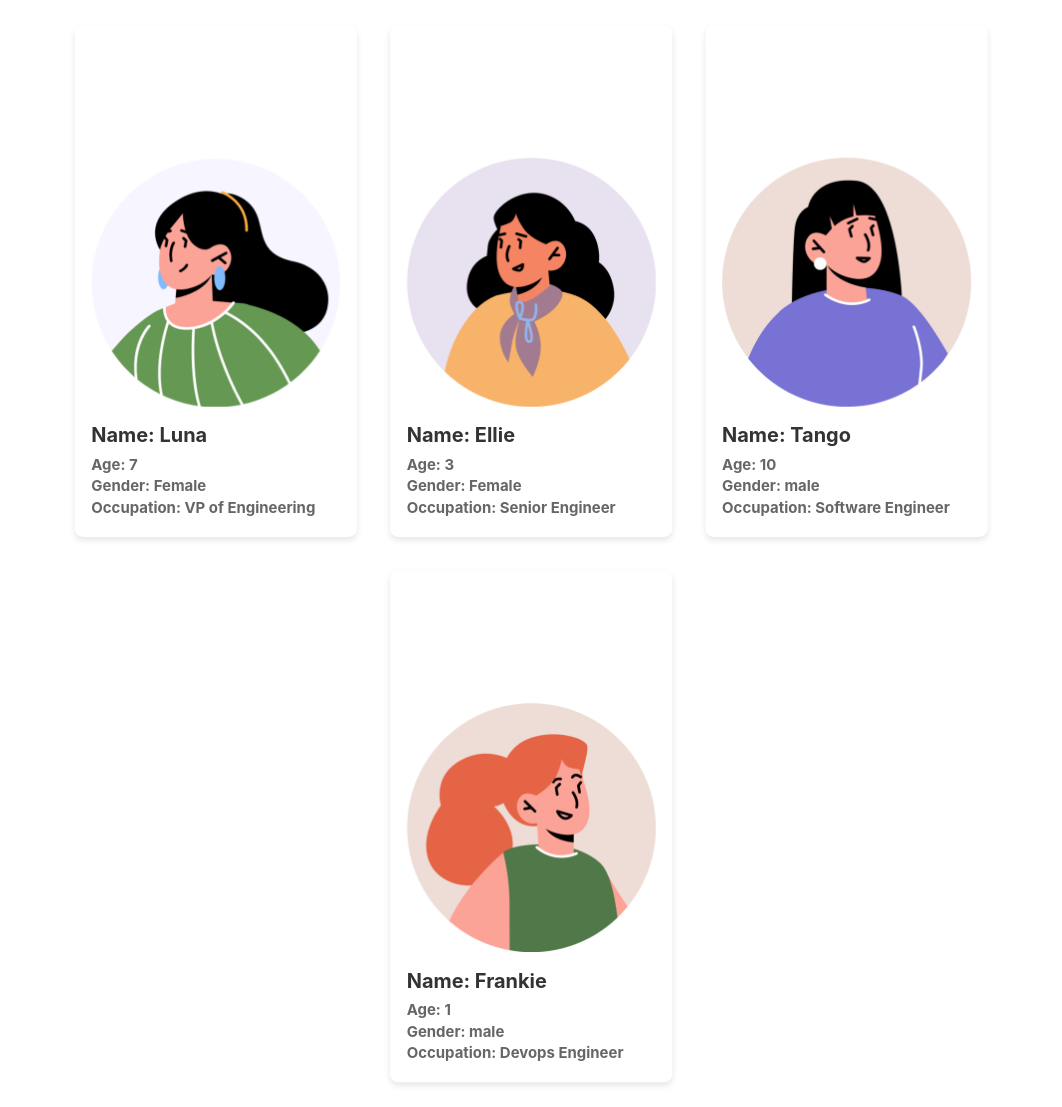
Repository: mahsa199170/React-Props-projects
Page: / (app in profile-app/)
The author's editor kept a copy of each file at every save. The page is drawn from the files as they stood at one save, then again after the next save.
The browser window is 1280 px wide. The pictures show the whole page, at 83% of full size.
The project was rebuilt for these pictures with package versions that can differ from the ones it lists, and the page was loaded fresh each time.

Above is the page before, as saved 2024-11-18 16:07:17.

### profile-app/src/App.js
import './App.scss';
import Profile from './components/profile/Profile';
import { people } from './personalInfo';

function App() {
  const personInfo = people.map((p) => {
    return <h1>{p.name}</h1>;
  });

  return (
    <div className="profile-container">
      {people.map((person) => {
        const { id, name, age, gender, occupation, image } = person;
        return (
          <div key={id}>
            <Profile
              name={name}
              age={age}
              occupation={occupation}
              gender={gender}
              image={image}
            />
          </div>
        );
      })}
    </div>
  );
}

export default App;

### profile-app/src/App.scss
/* .App {
  text-align: center;
}

.App-logo {
  height: 40vmin;
  pointer-events: none;
}

@media (prefers-reduced-motion: no-preference) {
  .App-logo {
    animation: App-logo-spin infinite 20s linear;
  }
}

.App-header {
  background-color: #282c34;
  min-height: 100vh;
  display: flex;
  flex-direction: column;
  align-items: center;
  justify-content: center;
  font-size: calc(10px + 2vmin);
  color: white;
}

.App-link {
  color: #61dafb;
}

@keyframes App-logo-spin {
  from {
    transform: rotate(0deg);
  }
  to {
    transform: rotate(360deg);
  }
} */

.profile-container {
  display: flex;
  flex-wrap: wrap; // Allows wrapping for multiple rows
  justify-content: center; // Centers the cards horizontally
  gap: 20px; // Adds space between cards
  padding: 20px;
}

### profile-app/src/components/profile/Profile.js
import React from 'react';
import Card from '../card/Card';
import './Profile.scss';

const Profile = ({ id, name, age, gender, occupation, image }) => {
  return (
    <Card>
      <div className="profil-card">
        <div className="profile-image"></div>
        <img src={image} alt="profile" />
        <div>
          <h2>Name: {name}</h2>
          <h3>Age: {age}</h3>
          <h3>Gender: {gender}</h3>
          <h3>Occupation: {occupation}</h3>
        </div>
      </div>
    </Card>
  );
};

export default Profile;

### profile-app/src/personalInfo.js
import image1 from './components/images/100.png';
import image2 from './components/images/54.png';
import image3 from './components/images/73.png';
import image4 from './components/images/94.png';
export const people = [
  {
    id: 1,
    name: 'Luna',
    age: 7,
    gender: 'Female',
    occupation: 'VP of Engineering',
    image: image1,
  },
  {
    id: 2,
    name: 'Ellie',
    age: 3,
    gender: 'Female',
    occupation: 'Senior Engineer',
    image: image2,
  },
  {
    id: 3,
    name: 'Tango',
    age: 10,
    gender: 'male',
    occupation: 'Software Engineer',
    image: image3,
  },
  {
    id: 4,
    name: 'Frankie',
    age: 1,
    gender: 'male',
    occupation: 'Devops Engineer',
    image: image4,
  },
];

### profile-app/src/components/card/Card.js
import React from 'react';
import './Card.scss';

const Card = ({ children }) => {
  return <div className="card">{children}</div>;
};

export default Card;

### profile-app/src/components/profile/Profile.scss
// .profil-card {
//   display: flex;
//   flex-direction: column;
//   align-items: center;
//   text-align: center; // Center-align text

//   .profile-image {
//     width: 120px; // Image width
//     height: 120px; // Image height
//     border-radius: 50%; // Make the image circular
//     overflow: hidden; // Ensure the image stays within the circle
//     margin-bottom: 20px; // Space between image and text

//     img {
//       width: 100%; // Ensure the image takes the full width
//       height: 100%; // Ensure the image takes the full height
//       object-fit: cover; // Make the image cover the entire circle while maintaining its aspect ratio
//     }
//   }

//   h2 {
//     font-size: 24px; // Bigger font size for the name
//     font-weight: bold;
//     color: #333; // Dark color for the name
//     margin-bottom: 10px;
//   }

//   h3 {
//     font-size: 18px; // Set font size for other info
//     color: #666; // Lighter color for the details
//     margin: 5px 0; // Add space between each piece of info
//   }
// }

.profil-card {
  display: flex;
  flex-direction: column;
  // align-items: center;
  text-align: left; // Center-align text

  // Profile Image Container
  .profile-image {
    width: 120px; // Adjust the width of the circle
    height: 120px; // Adjust the height of the circle
    border-radius: 50%; // Make the image circular
    overflow: hidden; // Ensure the image doesn't overflow outside the circle
    margin-bottom: 20px; // Space between image and text

    img {
      width: 100%; // Ensure the image takes up the full width of the container
      height: 100%; // Ensure the image takes up the full height of the container
      object-fit: cover; // Cover the area of the circle, maintaining the aspect ratio without distorting the image
    }
  }

  h2 {
    font-size: 24px; // Larger font size for the name
    font-weight: bold;
    color: #333; // Dark text color
    margin-bottom: 10px;
  }

  h3 {
    font-size: 18px; // Set font size for other profile information
    color: #666; // Lighter color for the details
    margin: 5px 0; // Add space between each profile field
  }
}

### profile-app/src/components/card/Card.scss
.card {
  width: 300px; // Set the width of the card
  background-color: #fff; // White background
  border-radius: 10px; // Rounded corners
  box-shadow: 0 4px 8px rgba(0, 0, 0, 0.1); // Subtle shadow for 3D effect
  padding: 20px; // Padding inside the card
  margin: 10px; // Space between cards
  transition: all 0.3s ease; // Smooth transition for hover effect

  &:hover {
    box-shadow: 0 6px 12px rgba(0, 0, 0, 0.2); // Slightly bigger shadow on hover
    transform: translateY(-5px); // Lift the card a little on hover
  }
}

Loaded but not shown: profile-app/public/index.html (common file); profile-app/src/index.js (common file); profile-app/src/index.css (common file)

After the next save:
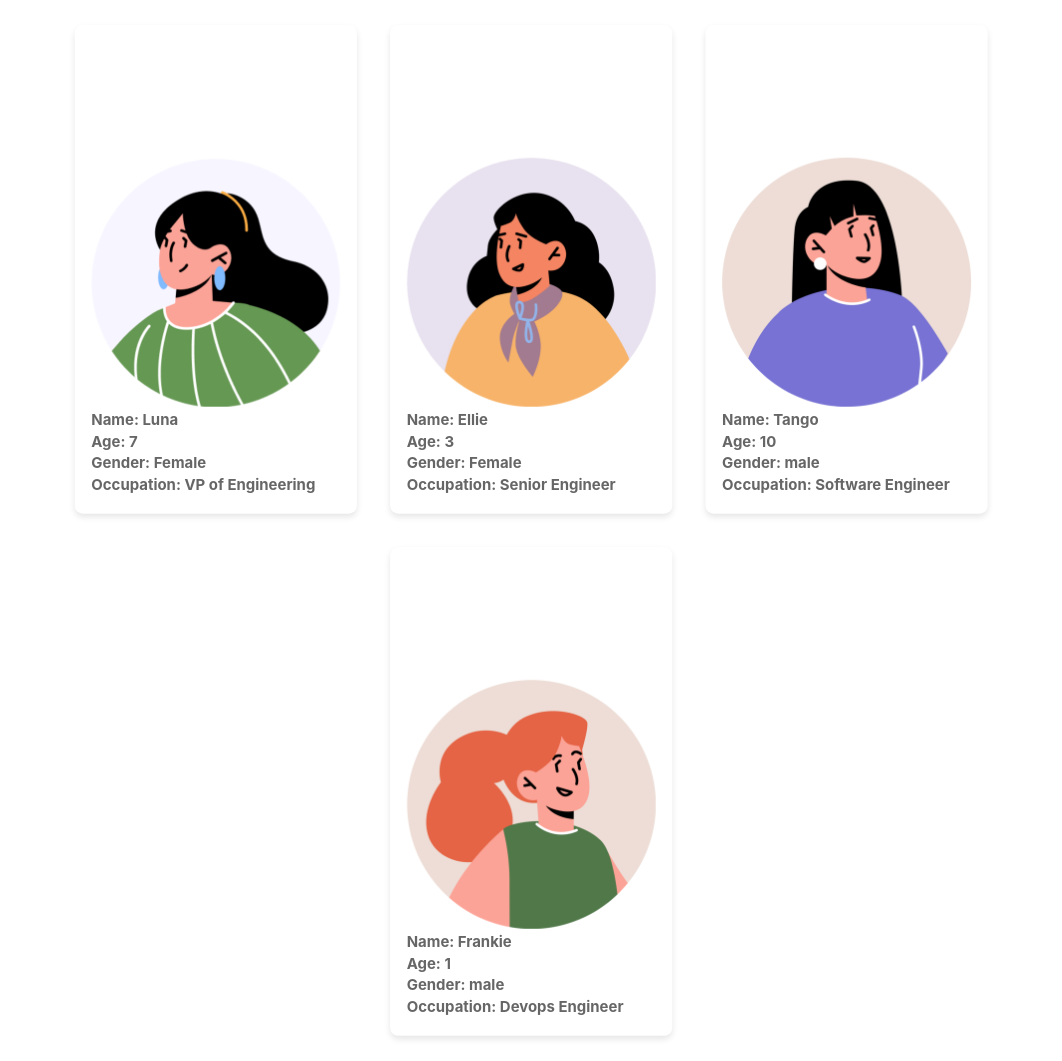
Saved 2 min 16 s later.
--- a/profile-app/src/components/profile/Profile.js
+++ b/profile-app/src/components/profile/Profile.js
@@ -9,7 +9,7 @@ const Profile = ({ id, name, age, gender, occupation, image }) => {
         <div className="profile-image"></div>
         <img src={image} alt="profile" />
         <div>
-          <h2>Name: {name}</h2>
+          <h3>Name: {name}</h3>
           <h3>Age: {age}</h3>
           <h3>Gender: {gender}</h3>
           <h3>Occupation: {occupation}</h3>
